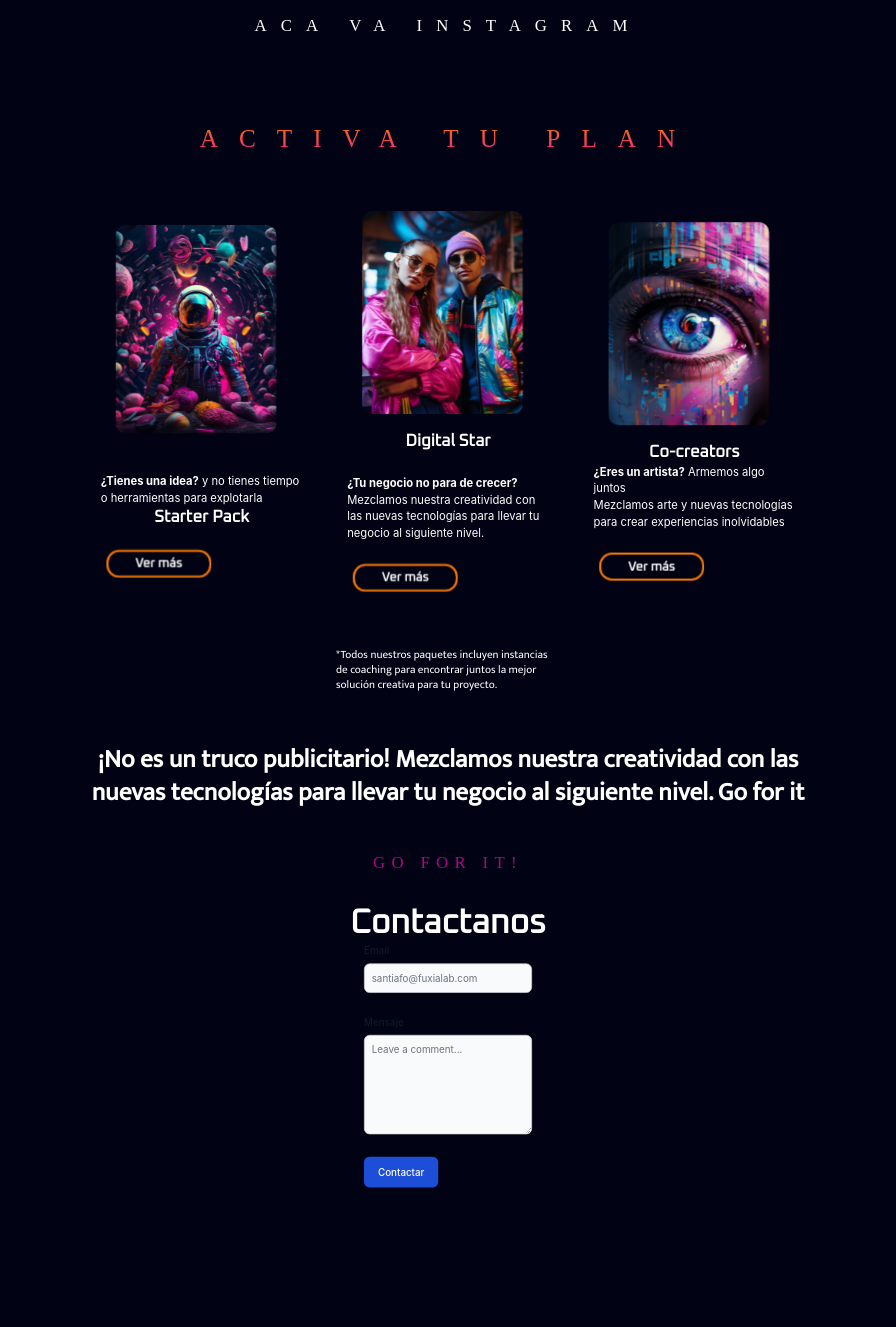
Repository: itsomosedison/tailwind-landing-page
Page: index.html
An editor plug-in stored every save of this project. The page is shown before and after the next save, followed by the edit.
The browser window is 1280 px wide. The pictures show the part of the page from y = 1139 to 3059 px (the page is 3035 px tall before and 3059 px after), at 70% of full size.
Some web fonts or font styles are not loaded; a fallback is used.

Above is the page before, as saved 2023-09-30 20:47:06.

### index.html
<!DOCTYPE html>
 <html lang="en" class="">
<head>
    <meta charset="UTF-8">
    <meta http-equiv="X-UA-Compatible" content="IE=edge">
    <meta name="viewport" content="width=device-width, initial-scale=1.0">
    <title>Fuxia Lab</title>
    <meta name="description" content="Creamos contenido para tu negocio. FOTOS - VIDEOS - PACKS DE IMAGENES. Tenemos packs de contenido hechos a tu medida.">
    <link href="./output.css" rel="stylesheet">
</head>
<body>
    <header>
        <nav class="fuxiaNavBar">
            <div class="flex flex-wrap justify-between items-center mx-auto max-w-screen-xl">
                <a href="https://fuxialab.com" class="flex items-center">
                    <img src="recursos/LogoFuxiaHorizontal.png" class="logo mr-3 h-6 sm:h-9" alt="FuxiaLab Logo" />
                </a>
            </div>
        </nav>
    </header>

    <div class="hero containerFuxiaHero">
        <div class="containerFuxia flex-col" style="max-width:  1080px;align-items: center;">
            <h1 class="FuxiaH1">IA Believers</h1>

            <div class="flex-row" style="max-width: 400px;">
                <h2 class="FuxiaH2"> <b>¡No es un truco publicitario!</b> Mezclamos nuestra creatividad con las nuevas tecnologías para llevar tu negocio al siguiente nivel.</h2>
                <p class="FuxiaSpecialText">GO FOR IT!</p>
            </div>
            <div class="flex-row" style="text-align: center;width:70%">
                <p class="WhiteSpecialText" style="text-align: center;">SELECCIONA TU NIVEL</p>
            </div>
            <div class="flex-col">
                    <button class="FuxiaButton">Rookie</button>
                    <button class="FuxiaButton">Amateur</button>
                    <button class="FuxiaButton">Follower</button>
                    <button class="FuxiaButton">Believer</button>
            </div>
        </div>
    </div>

    <div class="containerFuxia flex-col" style="max-width:  1080px;align-items: center;margin-top: -32px;">
        <img src="recursos/sheepHero2.png" alt="Imagen de la oveja" style="width:1920px;" />
        <p class="WhiteSpecialText" style="text-align: center;">INSTA SHEEP</p>
        <p class="WhiteSpecialText" style="text-align: center;">ACA VA INSTAGRAM</p>
    </div>

    <div class="containerFuxia flex-col" style="max-width:  1080px;align-items: center;">
        <p class="GradienteSpecialText" style="text-align: center;">ACTIVA TU PLAN</p>
    </div>

    <div class="containerFuxiaCards flex-row">
                <div class="cardContainer">
                    <a href="https://api.whatsapp.com/send/?phone=5401138519899&text=Hola%21+vi+tu+anuncio+en+la+web+y+estoy+interesado+en+un+Starter+Pack" target="_blank" class="fuxiaCard">
                        <img class="cardImg" src="recursos/start.png" alt="Imagen de la oveja" />
                    </a>
                    <p class="mt-8"><b>¿Tienes una idea?</b> y no tienes tiempo o herramientas para explotarla</p>
                    <h1 class="cardH1">Starter Pack</h1>
                    <br>
                    <button class="gradientButton">Ver más</button>
                </div>

                <div class="cardContainer">
                    <a href="https://api.whatsapp.com/send/?phone=5401138519899&text=Hola%21+vi+tu+anuncio+en+la+web+y+estoy+interesado+en+ser+un+Digital+Star" target="_blank" class="fuxiaCard">
                        <img class="cardImg" src="recursos/star.png" alt="Imagen de la oveja" />

                    </a>
                    <h1 class="cardH1">Digital Star</h1>
                    <p class="mt-8"> <b>¿Tu negocio no para de crecer?</b> Mezclamos nuestra creatividad con las nuevas tecnologías para llevar tu negocio al siguiente nivel.</p>
                    <br>
                    <button class="gradientButton">Ver más</button>
                </div>


                <div class="cardContainer">
                    <a href="https://api.whatsapp.com/send/?phone=5401138519899&text=Hola%21+vi+tu+anuncio+en+la+web+y+estoy+interesado+en+co+crear+un+proyecto+jun" target="_blank" class="fuxiaCard">
                        <img class="cardImg" src="recursos/cocrea.png" alt="Imagen de la oveja" />
                    </a>
                    <h1 class="cardH1">Co-creators</h1>
                    <p class=""><b>¿Eres un artista?</b> Armemos algo juntos</p> Mezclamos arte y nuevas tecnologías para crear experiencias inolvidables</p>
                    <br>
                    <button class="gradientButton">Ver más</button>
                </div>
            </div>
            </div>
        </section>
    </div>

        <div class="containerFuxia flex-row" style="max-width:  1080px;align-items: center;">
                    <p class="FuxiaH2" style="font-size: 16px; width: 320px;">*Todos nuestros paquetes incluyen instancias de coaching para encontrar juntos la mejor solución creativa para tu proyecto.</p>
        </div>

        <div class="containerFuxia flex-row" style="max-width:  1080px;align-items: center;">

                <p class="quoteText">¡No es un truco publicitario! Mezclamos nuestra creatividad con las nuevas tecnologías para llevar tu negocio al siguiente nivel. Go for it</p>
                <p class="FuxiaSpecialText" style="margin-top:60px">GO FOR IT!</p>

                <div>
                    <div class="containerFuxia flex-row">
                        <h2 class="contactenosH1">Contactanos</h2>
                        <form action="#" class="space-y-8">
                            <div>
                                <label for="email" class="block mb-2 text-sm font-medium text-gray-900 dark:text-gray-300">Email</label>
                                <input type="email" id="email" class="shadow-sm bg-gray-50 border border-gray-300 text-gray-900 text-sm rounded-lg focus:ring-primary-500 focus:border-primary-500 block w-full p-2.5 dark:bg-gray-700 dark:border-gray-600 dark:placeholder-gray-400 dark:text-white dark:focus:ring-primary-500 dark:focus:border-primary-500 dark:shadow-sm-light" placeholder="santiafo@fuxialab.com" required>
                            </div>
                            <div class="sm:col-span-2">
                                <label for="message" class="block mb-2 text-sm font-medium text-gray-900 dark:text-gray-400">Mensaje</label>
                                <textarea id="message" rows="6" class="block p-2.5 w-full text-sm text-gray-900 bg-gray-50 rounded-lg shadow-sm border border-gray-300 focus:ring-primary-500 focus:border-primary-500 dark:bg-gray-700 dark:border-gray-600 dark:placeholder-gray-400 dark:text-white dark:focus:ring-primary-500 dark:focus:border-primary-500" placeholder="Leave a comment..."></textarea>
                            </div>
                            <button type="submit" class="py-3 px-5 text-sm font-medium text-center text-white rounded-lg bg-primary-700 sm:w-fit hover:bg-primary-800 focus:ring-4 focus:outline-none focus:ring-primary-300 dark:bg-primary-600 dark:hover:bg-primary-700 dark:focus:ring-primary-800">Contactar</button>
                        </form>
                    </div>
                  </section>

        </div>

   <div class="footerFuxia flex-row">

   </div>

</body>
</html>

Loaded but not shown: output.css (2759 lines, source omitted)

After the next save:
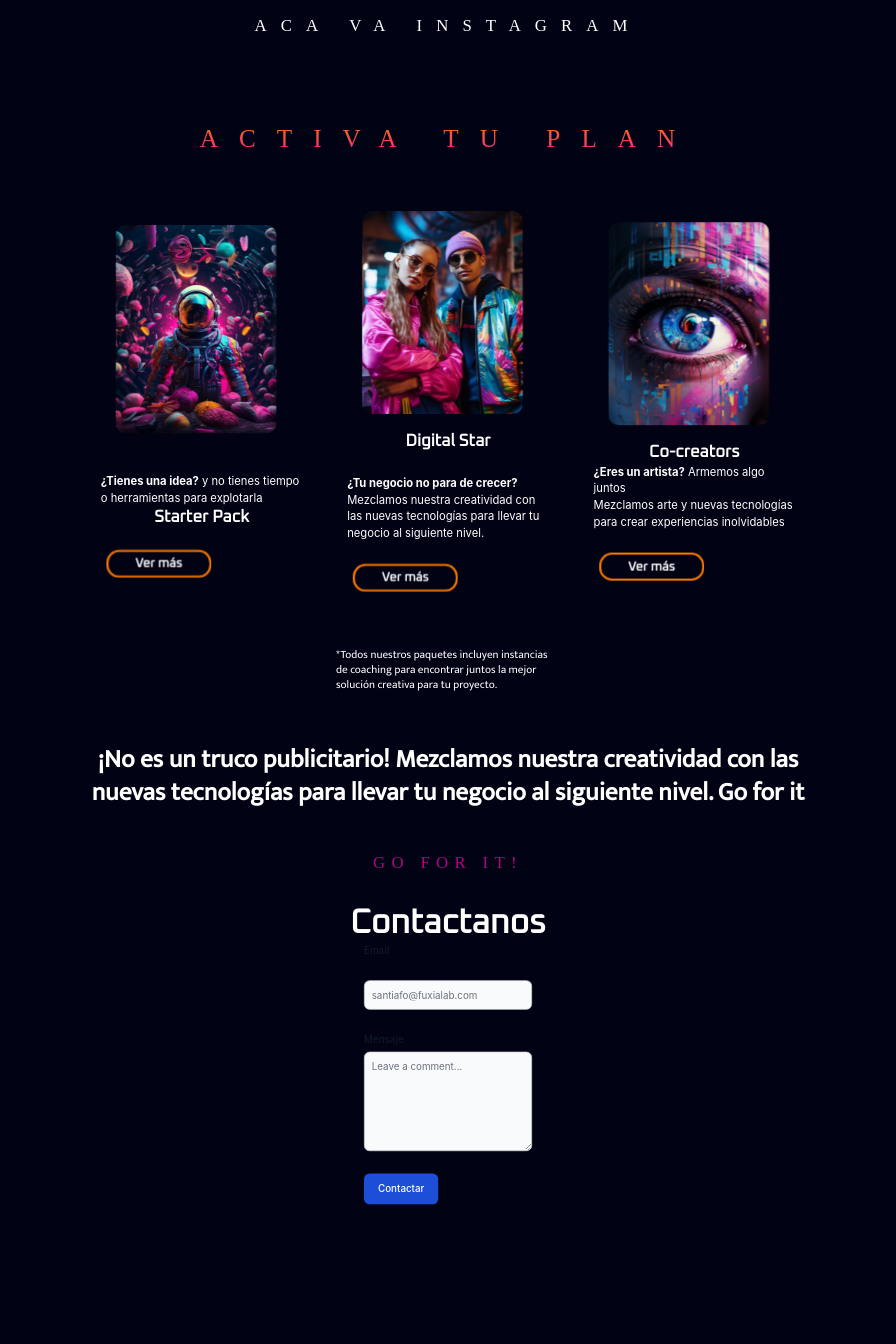
Saved 24 s later.
--- a/index.html
+++ b/index.html
@@ -100,7 +100,7 @@
                         <h2 class="contactenosH1">Contactanos</h2>
                         <form action="#" class="space-y-8">
                             <div>
-                                <label for="email" class="block mb-2 text-sm font-medium text-gray-900 dark:text-gray-300">Email</label>
+                                <label for="email" class="block mb-8 text-sm font-medium text-gray-900 dark:text-gray-300">Email</label>
                                 <input type="email" id="email" class="shadow-sm bg-gray-50 border border-gray-300 text-gray-900 text-sm rounded-lg focus:ring-primary-500 focus:border-primary-500 block w-full p-2.5 dark:bg-gray-700 dark:border-gray-600 dark:placeholder-gray-400 dark:text-white dark:focus:ring-primary-500 dark:focus:border-primary-500 dark:shadow-sm-light" placeholder="santiafo@fuxialab.com" required>
                             </div>
                             <div class="sm:col-span-2">
